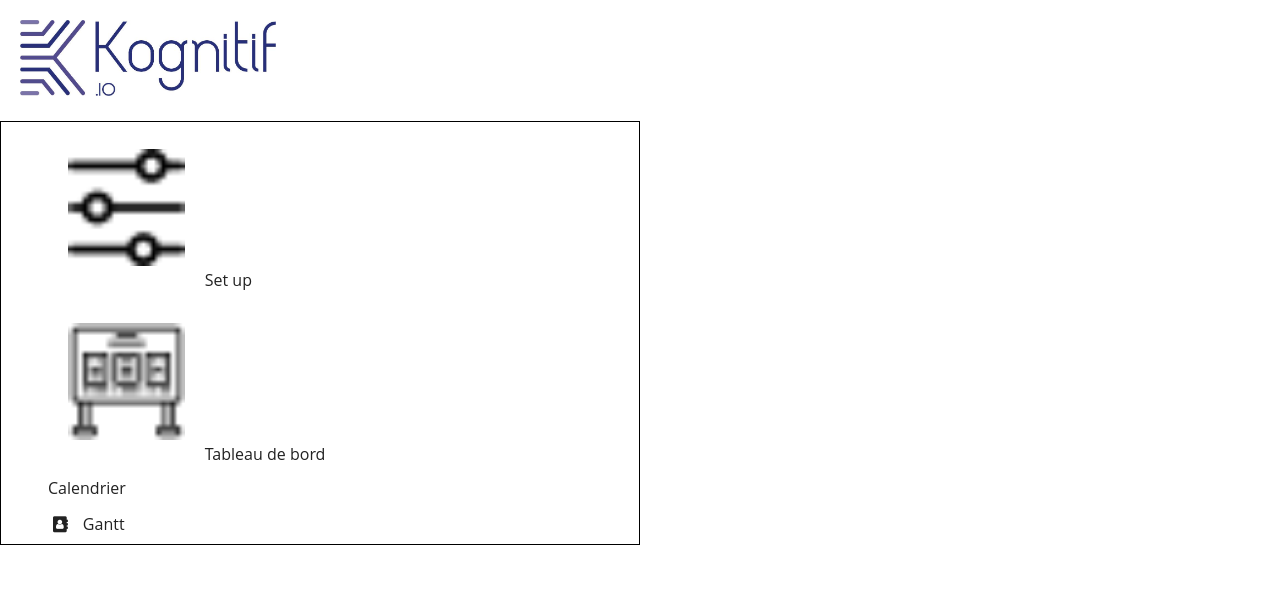
Repository: Cordelia013/testKognitifs
Page: index.html
An editor plug-in stored every save of this project. The page is shown before and after a run of saves, followed by the edit.
The browser window is 1280 px wide. The pictures show the whole page.

Above is the page before, as saved 2021-08-04 19:42:31.
Console error: ReferenceError: $ is not defined

### index.html
<!DOCTYPE html>
<html lang="en">

<head>
    <meta charset="UTF-8" />
    <meta http-equiv="X-UA-Compatible" content="IE=edge" />
    <meta name="viewport" content="width=device-width, initial-scale=1.0" />
    <link rel="stylesheet" href="https://cdnjs.cloudflare.com/ajax/libs/font-awesome/4.7.0/css/font-awesome.min.css" />
    <script src="/script/main.js" defer></script>
    <link rel="stylesheet" href="/styles/main.css" />
    <title>Konnexion</title>
</head>

<body>
    <!-- 1er partie -->

    <div>
        <img src="/img/Kognitif-1.jpg" alt="logo">

        <ul id="navbar">
            <li><img src="/img/png/002-equalizer.png" alt="equalizer" srcset=""><a href="#">Set up</a>
            <li class="navBoard"><img src="/img/png/003-bulletin-board.png" alt="" srcset=""><a href="#">Tableau de bord</a>
                <ul class="menuBoard">

                    <li>Relation client</li>
                    <li>Gestion projet</li>
                    <li>Stock & Facturation</li>
                    <li>Coordination financière</li>
                </ul>
            </li>

            <li><a href="#">Calendrier</a></li>
            <li><i class="fa fa-address-book" aria-hidden="true"></i><a href="#">Gantt</a></li>
            <ul>

    </div>

</body>

</html>

### script/main.js
$('ul.nav li.dropdown').hover(function() {
    $(this).find('.dropdown-menu').stop(true, true).delay(200).fadeIn(500);
  }, function() {
    $(this).find('.dropdown-menu').stop(true, true).delay(200).fadeOut(500);
  });

### styles/main.css
* {
    margin: 0px;
    /* padding: 0px; */
    box-sizing: border-box;
}

/* général */

html,
body {
    font-family: "Open Sans", sans-serif;
    color: #222;
}
h1,
h2,
h3 {
    margin-bottom: 2px;
}

a {
    color: #222;
    text-decoration: none;
}
a:hover{
    color:blue;
}
p {
    margin-bottom: 10px;
}
i{
    padding: 5px;
    margin-right: 10px;
}
li {
    padding: 5px;
    margin: 2px;
    list-style-type:none;
}
img{
    width: 20%;
    margin: 20px;
}

/* navBar */

#navbar{
    width: 40rem;
    border: 1px solid black;
}

.menuBoard{
    display: none;
}

.navBoard:hover .menuBoard {
  display: block;

}

After the next 2 saves:
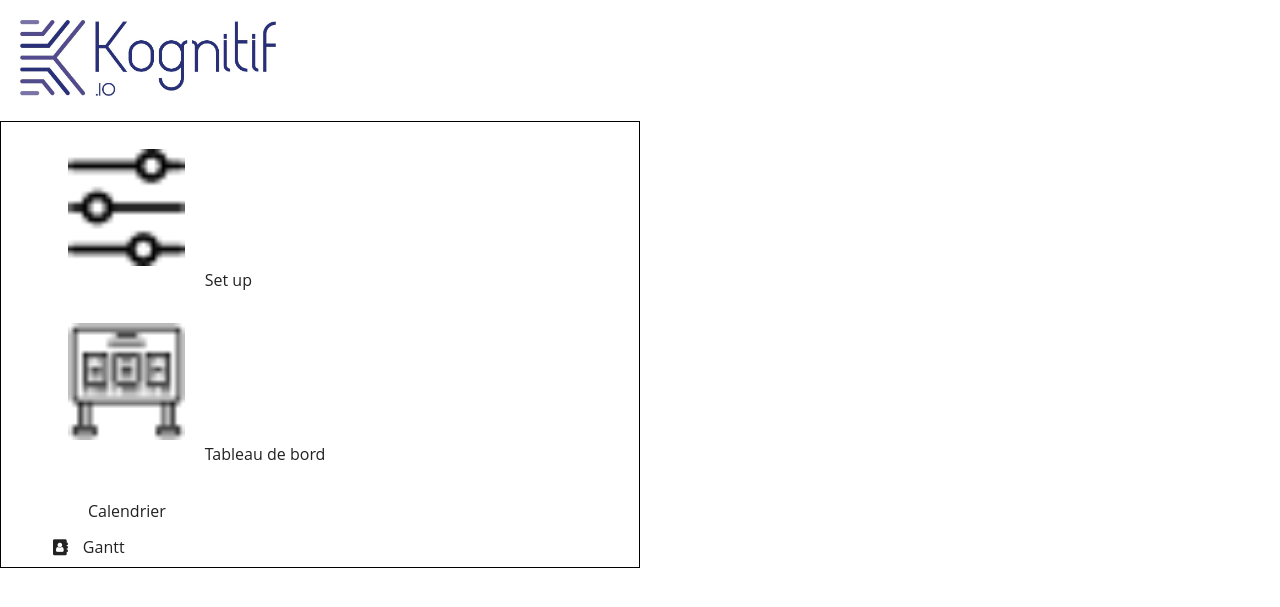
The 2 saves are shown as one change because they came seconds apart.
The last was saved 6 s later.
--- a/index.html
+++ b/index.html
@@ -29,7 +29,7 @@
                 </ul>
             </li>
 
-            <li><a href="#">Calendrier</a></li>
+            <li><img src="" alt="" srcset=""><a href="#">Calendrier</a></li>
             <li><i class="fa fa-address-book" aria-hidden="true"></i><a href="#">Gantt</a></li>
             <ul>
 
